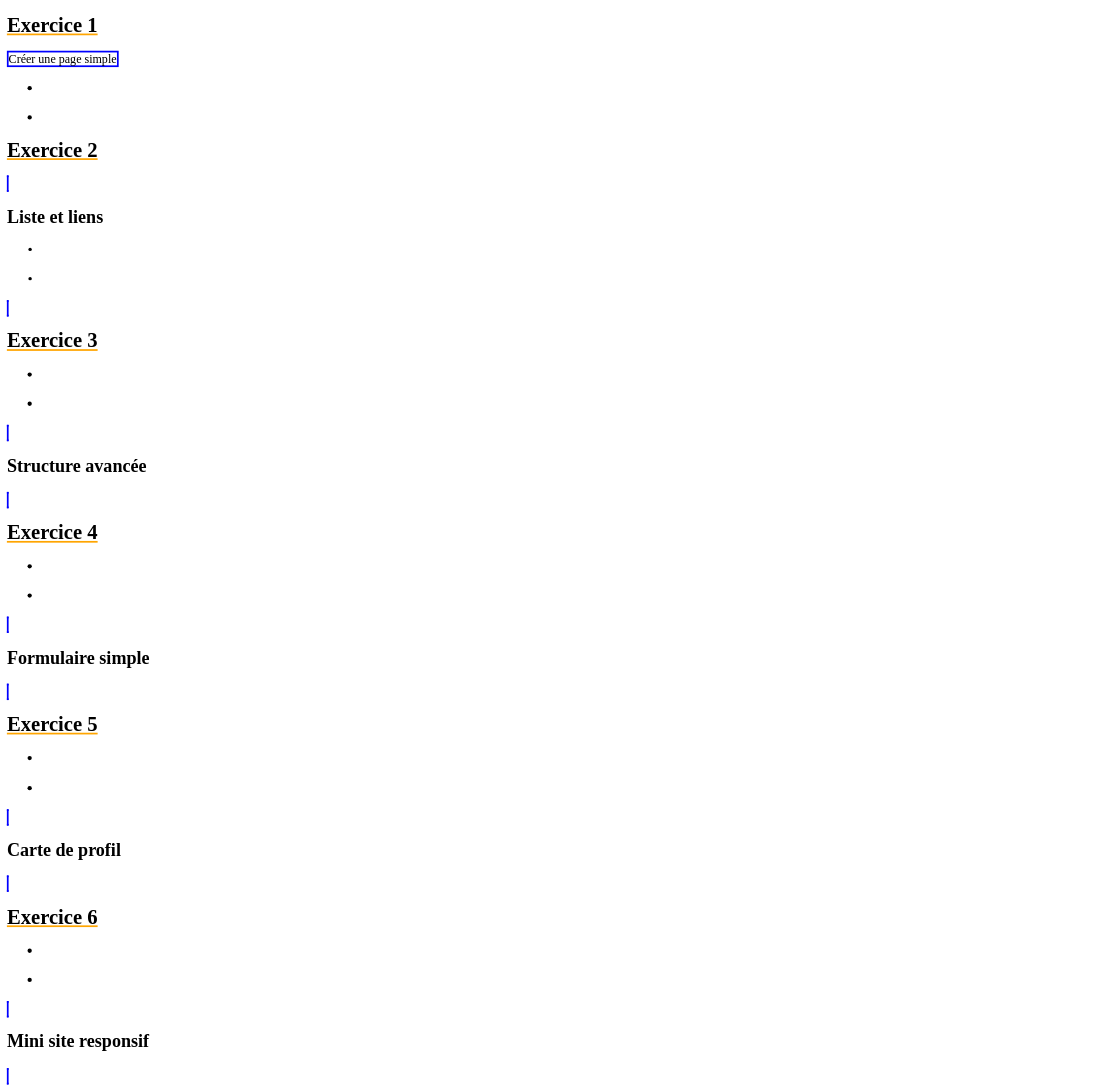
Repository: AnnaSpirit/Mimo_App
Page: Exercices_HTML&CSS.html
The author's editor kept a copy of each file at every save. The page is drawn from the files as they stood at one save, then again after the next save.
The browser window is 1280 px wide. The pictures show the whole page, at 86% of full size.

Above is the page before, as saved 2024-12-05 16:32:29.

After the next save:
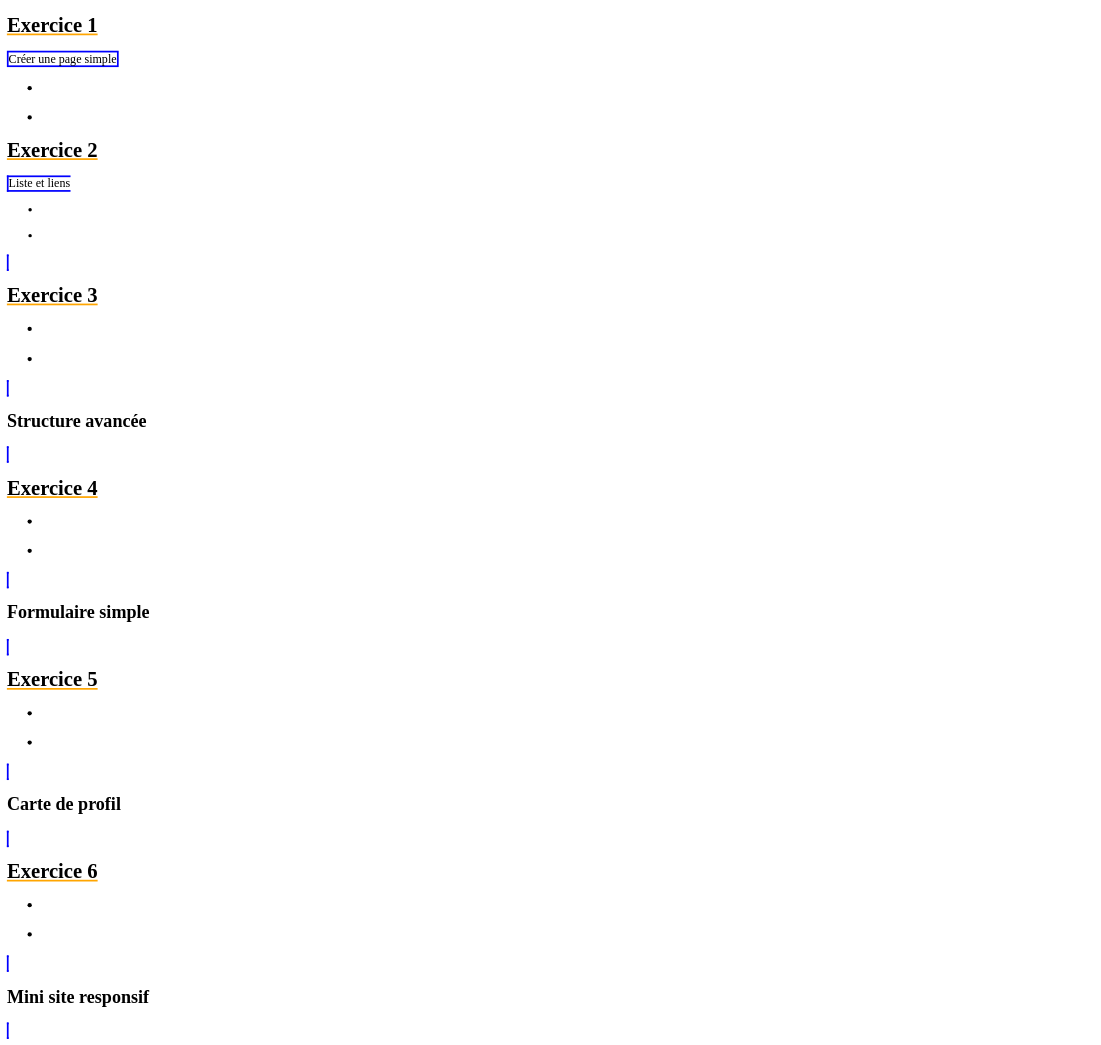
Saved 14 s later.
--- a/Exercices_HTML&CSS.html
+++ b/Exercices_HTML&CSS.html
@@ -27,8 +27,7 @@
     </div>
     <div>
         <h1>Exercice 2</h1>
-    <span class="Consigne">
-                <h2>Liste et liens</h2>
+    <span class="Consigne">Liste et liens</h2>
         <ul>
             <li>
                 <ol></ol>
